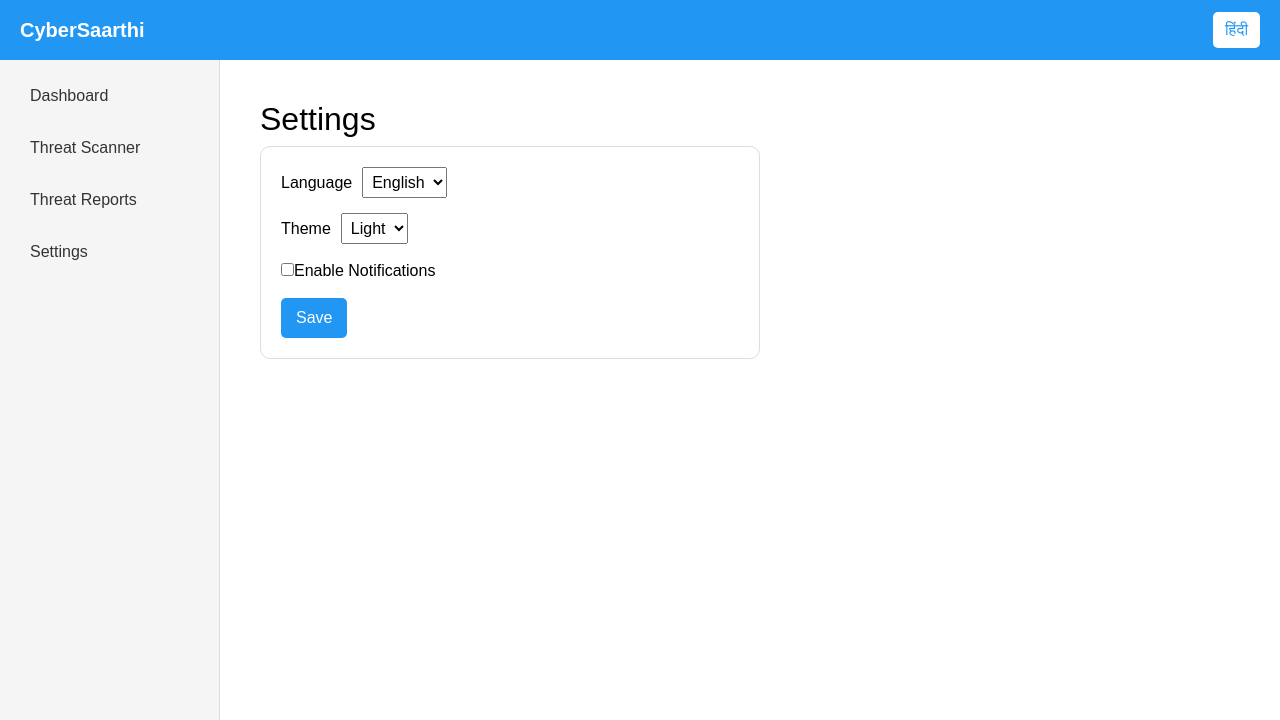
Repository: riyaaaa19/CyberSaarthi
Page: /settings (app in frontend/)
The author's editor kept a copy of each file at every save. The page is drawn from the files as they stood at one save, then again after the next save.
The browser window is 1280 px wide. The pictures show the whole page.
The project was rebuilt for these pictures with package versions that can differ from the ones it lists, and the page was loaded fresh each time. Also part of the build but not shown: frontend/vite.config.ts, frontend/src/pages/Dashboard.js, frontend/src/pages/Scanner.js, frontend/src/pages/Reports.js.

Above is the page before, as saved 2025-08-21 16:43:33.

After the next save:
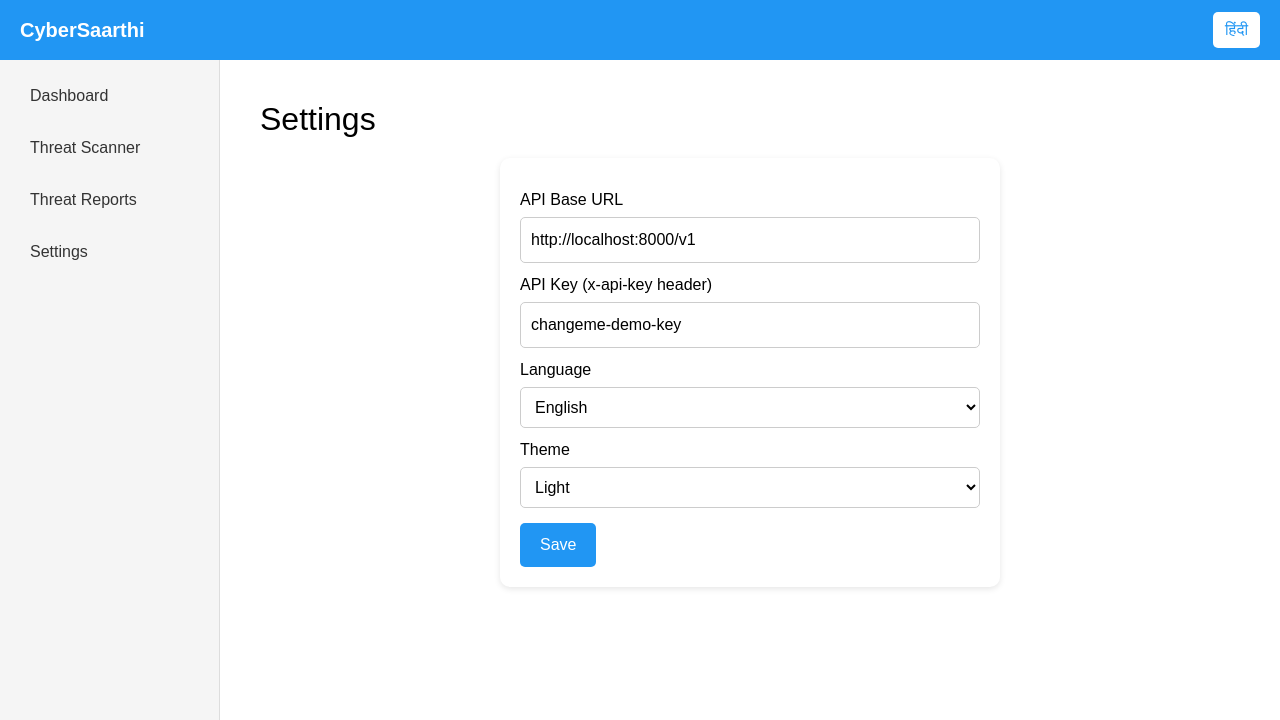
Saved 42 s later.
--- a/frontend/src/pages/Settings.js
+++ b/frontend/src/pages/Settings.js
@@ -1,80 +1,76 @@
-import React, { useState } from "react";
+import React, { useState, useEffect } from "react";
 import { t, setLang } from "../i18n";
 
 function Settings() {
-  const [language, setLanguage] = useState(localStorage.getItem("LANG") || "en");
+  const [apiBase, setApiBase] = useState(localStorage.getItem("API_BASE") || "http://localhost:8000/v1");
+  const [apiKey, setApiKey] = useState(localStorage.getItem("API_KEY") || "changeme-demo-key");
   const [theme, setTheme] = useState(localStorage.getItem("THEME") || "light");
-  const [notifications, setNotifications] = useState(localStorage.getItem("NOTIFY") === "true");
+  const [lang, setLanguage] = useState(localStorage.getItem("LANG") || "en");
 
-  const cardStyle = {
-    padding: "20px",
-    border: "1px solid #ddd",
-    borderRadius: "10px",
-    background: "#fff",
-    maxWidth: "500px"
+  useEffect(() => {
+    document.body.style.background = theme === "dark" ? "#121212" : "#fff";
+    document.body.style.color = theme === "dark" ? "#f5f5f5" : "#000";
+  }, [theme]);
+
+  const saveSettings = () => {
+    localStorage.setItem("API_BASE", apiBase);
+    localStorage.setItem("API_KEY", apiKey);
+    localStorage.setItem("THEME", theme);
+    setLang(lang); // language save + reload
   };
 
-  const saveSettings = () => {
-    localStorage.setItem("LANG", language);
-    localStorage.setItem("THEME", theme);
-    localStorage.setItem("NOTIFY", notifications);
-    setLang(language);
-    alert(t("settings.saved"));
+  const boxStyle = {
+    background: theme === "dark" ? "#1e1e1e" : "#fff",
+    color: theme === "dark" ? "#f5f5f5" : "#000",
+    padding: "20px",
+    borderRadius: "10px",
+    maxWidth: "500px",
+    margin: "20px auto",
+    boxShadow: "0 2px 6px rgba(0,0,0,0.1)"
+  };
+
+  const labelStyle = { display: "block", margin: "10px 0 5px" };
+  const inputStyle = {
+    width: "100%",
+    padding: "10px",
+    border: "1px solid #ccc",
+    borderRadius: "5px",
+    background: theme === "dark" ? "#2c2c2c" : "#fff",
+    color: theme === "dark" ? "#f5f5f5" : "#000"
+  };
+  const buttonStyle = {
+    marginTop: "15px",
+    padding: "10px 20px",
+    background: "#2196f3",
+    color: "white",
+    border: "none",
+    borderRadius: "5px",
+    cursor: "pointer"
   };
 
   return (
     <div style={{ padding: "20px" }}>
       <h2>{t("settings.title")}</h2>
-      <div style={cardStyle}>
-        {/* Language */}
-        <div style={{ marginBottom: "15px" }}>
-          <label>{t("settings.lang")}</label>
-          <select
-            value={language}
-            onChange={(e) => setLanguage(e.target.value)}
-            style={{ marginLeft: "10px", padding: "5px" }}
-          >
-            <option value="en">English</option>
-            <option value="hi">हिंदी</option>
-          </select>
-        </div>
+      <div style={boxStyle}>
+        <label style={labelStyle}>{t("settings.apiBase")}</label>
+        <input value={apiBase} onChange={(e) => setApiBase(e.target.value)} style={inputStyle} />
 
-        {/* Theme */}
-        <div style={{ marginBottom: "15px" }}>
-          <label>{t("settings.theme")}</label>
-          <select
-            value={theme}
-            onChange={(e) => setTheme(e.target.value)}
-            style={{ marginLeft: "10px", padding: "5px" }}
-          >
-            <option value="light">{t("settings.light")}</option>
-            <option value="dark">{t("settings.dark")}</option>
-          </select>
-        </div>
+        <label style={labelStyle}>{t("settings.apiKey")}</label>
+        <input value={apiKey} onChange={(e) => setApiKey(e.target.value)} style={inputStyle} />
 
-        {/* Notifications */}
-        <div style={{ marginBottom: "15px" }}>
-          <label>
-            <input
-              type="checkbox"
-              checked={notifications}
-              onChange={(e) => setNotifications(e.target.checked)}
-            />
-            {t("settings.notifications")}
-          </label>
-        </div>
+        <label style={labelStyle}>{t("settings.lang")}</label>
+        <select value={lang} onChange={(e) => setLanguage(e.target.value)} style={inputStyle}>
+          <option value="en">English</option>
+          <option value="hi">हिन्दी</option>
+        </select>
 
-        <button
-          onClick={saveSettings}
-          style={{
-            padding: "8px 15px",
-            background: "#2196f3",
-            color: "white",
-            border: "none",
-            borderRadius: "5px",
-            cursor: "pointer"
-          }}
-        >
+        <label style={labelStyle}>Theme</label>
+        <select value={theme} onChange={(e) => setTheme(e.target.value)} style={inputStyle}>
+          <option value="light">Light</option>
+          <option value="dark">Dark</option>
+        </select>
+
+        <button onClick={saveSettings} style={buttonStyle}>
           {t("settings.save")}
         </button>
       </div>
